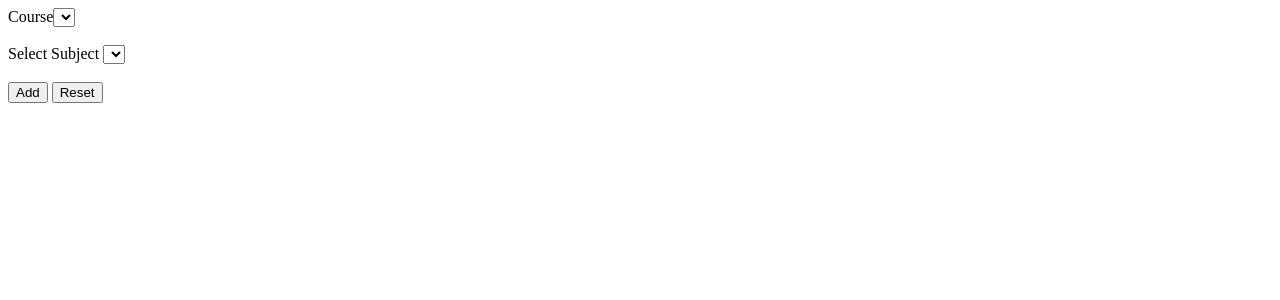
Repository: shubhamsingh331/Learners_Academy
Page: http://localhost/LearnersAcademy/Department/Edit.jsp
An editor plug-in stored every save of this project. The page is shown before and after the next save, followed by the edit.
The browser window is 1280 px wide. The pictures show the whole page.
The page is served by Tomcat 9. Other server files are loaded and not shown. Queries for data that is not in the repository find no rows.

Above is the page before, as saved 2023-10-10 19:21:59.

### LearnersAcademy/src/main/webapp/Department/Edit.jsp
<%@page import="subjects.SubjectsPojo"%>
<%@page import="subjects.SubjectsDAO"%>
<%@page import="teachers.TeachersPojo"%>
<%@page import="java.util.List"%>
<%@page import="teachers.TeachersDAO"%>
<%@page import="java.sql.ResultSet"%>
<%@page import="java.sql.PreparedStatement"%>
<%@page import="java.sql.DriverManager"%>
<%@page import="java.sql.Connection"%>
<%@ page language="java" contentType="text/html; charset=ISO-8859-1"
    pageEncoding="ISO-8859-1"%>
<!DOCTYPE html>
<html>
<head>
<meta charset="ISO-8859-1">
<title>Insert title here</title>
</head>
<body>
<form>
Course<select>
<%
String jdbcUrl = "jdbc:mysql://localhost:3306/StudentManagement1";
String dbUsername = "root";
String dbPassword = "123456";

    Class.forName("com.mysql.cj.jdbc.Driver");
    Connection conn = DriverManager.getConnection(jdbcUrl, dbUsername, dbPassword);
    String sql = "show tables";
    PreparedStatement ps = conn.prepareStatement(sql);
    ResultSet rs = ps.executeQuery();
    while(rs.next()){
    	%>

<option><%=rs.getString(1) %></option>
<%} %>
<br>
&nbsp
Select Teacher <select name="teacher">
<%
TeachersDAO dao = new TeachersDAO();
List<TeachersPojo> list = dao.option();

for(TeachersPojo t:list){
%>
<option value="<%=t.getId()%>"><%=t.getFname() %>&nbsp<%=t.getLname() %></option>
<%} %>
</select>
<br>
<br>
Select Subject <select name="subject">
<%
SubjectsDAO dao1 = new SubjectsDAO();
List<SubjectsPojo> list1 = dao1.option();

for(SubjectsPojo s:list1){
%>
<option value="<%=s.getSubid()%>"><%=s.getSubname() %></option>
<%} %>
</select><br>
<br>
<input type="submit" value="Add">
<input type="reset" value="Reset">
</select>
</form>
</body>
</html>

### LearnersAcademy/src/main/java/teachers/TeachersDAO.java
package teachers;

import java.sql.Connection;
import java.sql.PreparedStatement;
import java.sql.ResultSet;
import java.sql.SQLException;
import java.util.ArrayList;
import java.util.List;

import DBUtil.DbUtil;

public class TeachersDAO {
	public int insert(TeachersPojo teachers) throws ClassNotFoundException, SQLException {
		Connection con = DbUtil.dbcon();
		String sql = "insert into teachers values(?,?,?,?,?,?)";
		PreparedStatement ps = con.prepareStatement(sql);
		ps.setInt(1, teachers.getId());
		ps.setString(2, teachers.getFname());
		ps.setString(3, teachers.getLname());
		ps.setString(4, teachers.getDob());
		ps.setString(5, teachers.getAddress());
		ps.setLong(6, teachers.getPhono());

		return ps.executeUpdate();
	}

	public int update(TeachersPojo teachers) throws ClassNotFoundException, SQLException {
		Connection con = DbUtil.dbcon();
		String sql = "update teachers set fname=?, lname=?, dob=?, address=?, phono=? where id =?";
		PreparedStatement ps = con.prepareStatement(sql);
		ps.setInt(6, teachers.getId());
		ps.setString(1, teachers.getFname());
		ps.setString(2, teachers.getLname());
		ps.setString(3, teachers.getDob());
		ps.setString(4, teachers.getAddress());
		ps.setLong(5, teachers.getPhono());

		return ps.executeUpdate();
	}

	public int delete(TeachersPojo teachers) throws ClassNotFoundException, SQLException {
		Connection con = DbUtil.dbcon();
		String sql = "delete from teachers where id =?";
		PreparedStatement ps = con.prepareStatement(sql);
		ps.setInt(1, teachers.getId());


		return ps.executeUpdate();
	}

	public List<TeachersPojo> display() throws ClassNotFoundException, SQLException{
		Connection con = DbUtil.dbcon();

		List<TeachersPojo> list = new ArrayList<TeachersPojo>();
		String sql = "select * from teachers";
		PreparedStatement ps = con.prepareStatement(sql);
		ResultSet rs = ps.executeQuery();

		while(rs.next()) {
			TeachersPojo teachers = new TeachersPojo();
			teachers.setId(rs.getInt(1));
			teachers.setFname(rs.getString(2));
			teachers.setLname(rs.getString(3));
			teachers.setDob(rs.getString(4));
			teachers.setAddress(rs.getString(5));
			teachers.setPhono(rs.getLong(6));

			list.add(teachers);
		}
		return list;


	}

	public List<TeachersPojo> option() throws ClassNotFoundException, SQLException{
		Connection con = DbUtil.dbcon();

		List<TeachersPojo> list = new ArrayList<TeachersPojo>();
		String sql = "select * from teachers";
		PreparedStatement ps = con.prepareStatement(sql);
		ResultSet rs = ps.executeQuery();

		while(rs.next()) {
			TeachersPojo teachers = new TeachersPojo();
			teachers.setId(rs.getInt("id"));
			teachers.setFname(rs.getString("fname"));
			teachers.setLname(rs.getString("lname"));

			list.add(teachers);
		}
		return list;


	}
	public int create(TeachersPojo teachers) throws ClassNotFoundException, SQLException {
		Connection con = DbUtil.dbcon();
		String sql = "create table ?(? int primary key, ";
		PreparedStatement ps = con.prepareStatement(sql);
		ps.setInt(1, teachers.getId());
		ps.setString(2, teachers.getFname());
		ps.setString(3, teachers.getLname());
		ps.setString(4, teachers.getDob());
		ps.setString(5, teachers.getAddress());
		ps.setLong(6, teachers.getPhono());

		return ps.executeUpdate();
	}

}

### LearnersAcademy/src/main/java/DBUtil/DbUtil.java
package DBUtil;

import java.sql.Connection;
import java.sql.DriverManager;
import java.sql.SQLException;

public class DbUtil {
	public static final String DRIVER_CLASS="com.mysql.jdbc.Driver";
	public static final String DB_URL="jdbc:mysql://localhost:3306/StudentManagement";
	public static final String USERNAME = "root";
	public static final String PASSWORD = "123456";
	public static Connection dbcon() throws ClassNotFoundException, SQLException {
		Class.forName(DRIVER_CLASS);

		Connection con = DriverManager.getConnection(DB_URL, USERNAME, PASSWORD);

		return con;

}

}

### LearnersAcademy/src/main/java/subjects/SubjectsDAO.java
package subjects;

import java.sql.Connection;
import java.sql.PreparedStatement;
import java.sql.ResultSet;
import java.sql.SQLException;
import java.util.ArrayList;
import java.util.List;

import DBUtil.DbUtil;

public class SubjectsDAO {
	public int insert(SubjectsPojo subject) throws ClassNotFoundException, SQLException {
		Connection con = DbUtil.dbcon();
		String sql = "insert into subjects values(?,?)";
		PreparedStatement ps = con.prepareStatement(sql);
		ps.setInt(1, subject.getSubid());
		ps.setString(2, subject.getSubname());
		return ps.executeUpdate();
	}

	public int update(SubjectsPojo subject) throws ClassNotFoundException, SQLException {
		Connection con = DbUtil.dbcon();
		String sql = "update subjects set subname = ? where id = ?";
		PreparedStatement ps = con.prepareStatement(sql);
		ps.setInt(2, subject.getSubid());
		ps.setString(1, subject.getSubname());
		return ps.executeUpdate();
	}

	public int delete(SubjectsPojo subject) throws ClassNotFoundException, SQLException {
		Connection con = DbUtil.dbcon();
		String sql = "delete from subjects where id = ?";
		PreparedStatement ps = con.prepareStatement(sql);
		ps.setInt(1, subject.getSubid());
		return ps.executeUpdate();
	}

	public List<SubjectsPojo> display() throws ClassNotFoundException, SQLException{
		Connection con = DbUtil.dbcon();

		List<SubjectsPojo> list = new ArrayList<SubjectsPojo>();
		String sql = "select * from subjects";
		PreparedStatement ps = con.prepareStatement(sql);
		ResultSet rs = ps.executeQuery();
		while(rs.next()) {
			SubjectsPojo subject = new SubjectsPojo();
			subject.setSubid(rs.getInt(1));
			subject.setSubname(rs.getString(2));
			list.add(subject);

		}
		return list;
	}
	public List<SubjectsPojo> option() throws ClassNotFoundException, SQLException{
		Connection con = DbUtil.dbcon();

		List<SubjectsPojo > list = new ArrayList<SubjectsPojo>();
		String sql = "select * from subjects";
		PreparedStatement ps = con.prepareStatement(sql);
		ResultSet rs = ps.executeQuery();
		while(rs.next()) {
			SubjectsPojo subject = new SubjectsPojo();
			subject.setSubid(rs.getInt("id"));
			subject.setSubname(rs.getString("subname"));
			list.add(subject);
		}

		return list;


	}

}

After the next save:
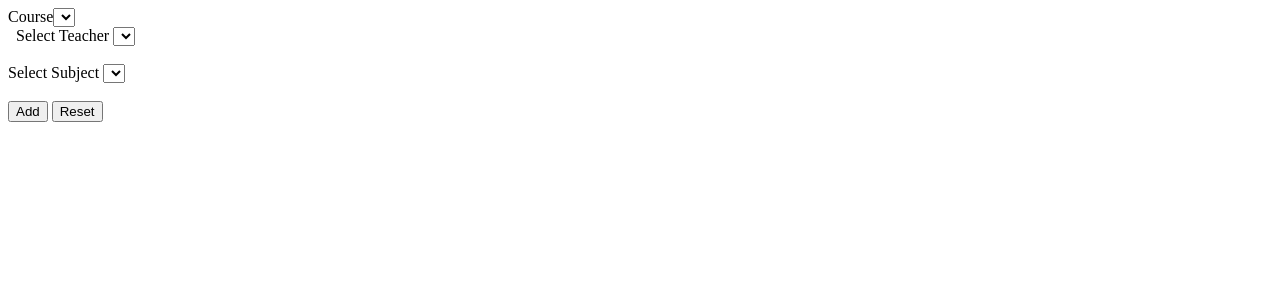
Saved 2 min 36 s later.
--- a/LearnersAcademy/src/main/webapp/Department/Edit.jsp
+++ b/LearnersAcademy/src/main/webapp/Department/Edit.jsp
@@ -33,6 +33,7 @@ String dbPassword = "123456";
 
 <option><%=rs.getString(1) %></option>
 <%} %>
+</select>
 <br>
 &nbsp
 Select Teacher <select name="teacher">
